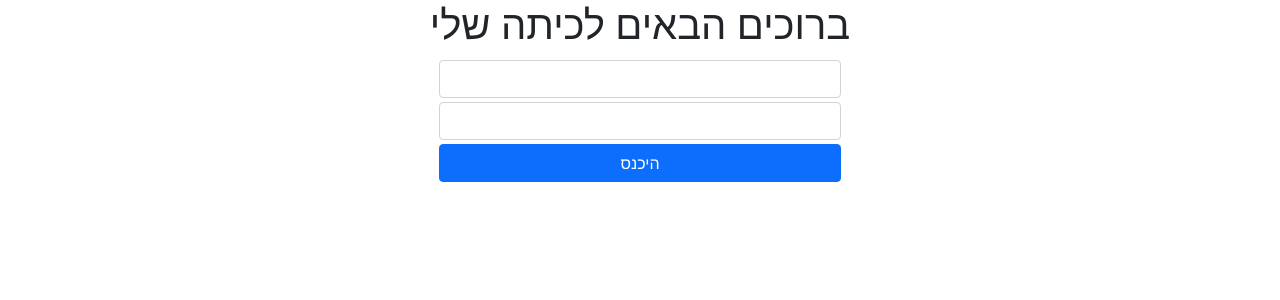
Repository: chaim1989/jbh-javascript-course
Page: public/singup.html
These files come from the project's save history. The page is drawn as it stood at one moment and after the next save; the edit follows.
The browser window is 1280 px wide. The pictures show the whole page.

Above is the page before, as saved 2021-10-24 17:09:09.

### public/singup.html
<html dir="rtl" lang="he">
    <head>
        <title>MyClass</title>
        <link rel="stylesheet" href="https://cdn.jsdelivr.net/npm/bootstrap@5.1.3/dist/css/bootstrap.min.css">
        <script src="https://cdn.jsdelivr.net/npm/bootstrap@5.1.3/dist/js/bootstrap.min.js"></script>
    </head>
    <body>
        <div class="container-fluid justify-content-center">
            <div class="row justify-content-center">
                <div class="col-12 text-center">
                    <h1>ברוכים הבאים לכיתה שלי</h1>
                </div>
                    <div class="col-4">
                    <div class="row justify-content-center">
                        <div class="col-12 mt-1">
                            <input class="form-control" type='text' id="username">
                        </div>
                        <div class="col-12 mt-1">
                            <input class="form-control" type='password' id="password">
                        </div>
                        <div class="col-12 mt-1">
                            <input class="btn btn-primary w-100" type="button" id="login" value='היכנס'>
                        </div>
                    </div>
                    </div>
                </div>
            </div>
        </div>

        <div>

        </div>

    </body>
    <script src="signup.js" ></script>
</html>

### public/signup.js
document.addEventListener('click', function (event) {
    console.log("click", event);
    if (event.target.id == "login") {
        let user = {
            username: document.getElementById("username").value,
            password: document.getElementById("password").value
        };


        fetch("/login", {
            method: "POST",
            headers: { 'Content-Type': "application/json" },
            body: JSON.stringify(user)
        }).then((response) => {

            console.log(response);

            response.json().then((responsebody) => {
                console.log("responsebody", responsebody)
                if(responsebody.error){
                    alert(responsebody.error);
                }else if(responsebody.user){
                    alert(`משתמש מספר ${responsebody.user.id} התחבר בהצלחה`);
                    // if(responsebody.session_id){
                    //     document.cookie = "session_id=" + responsebody.session_id ;
                    // }
                    window.location = "/userArea.html" ;

                }else{

                }

            });
        })
        console.log("user", user);
    }
})

After the next save:
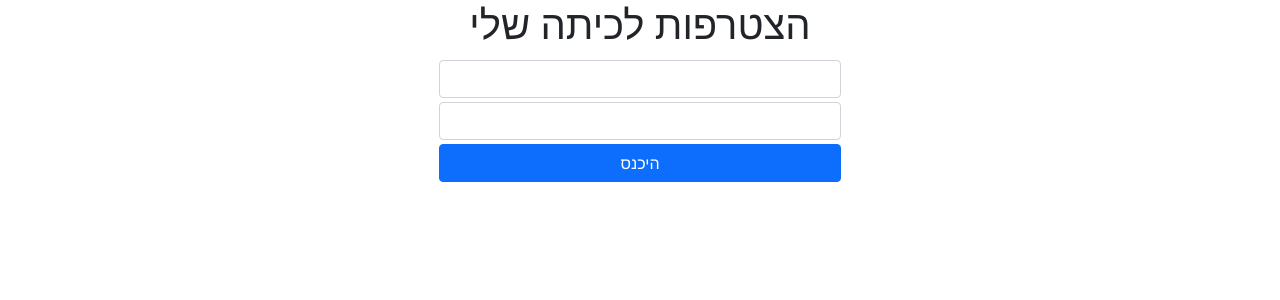
Saved 10 s later.
--- a/public/singup.html
+++ b/public/singup.html
@@ -8,7 +8,7 @@
         <div class="container-fluid justify-content-center">
             <div class="row justify-content-center">
                 <div class="col-12 text-center">
-                    <h1>ברוכים הבאים לכיתה שלי</h1>
+                    <h1>הצטרפות לכיתה שלי </h1>
                 </div>
                     <div class="col-4">
                     <div class="row justify-content-center">
